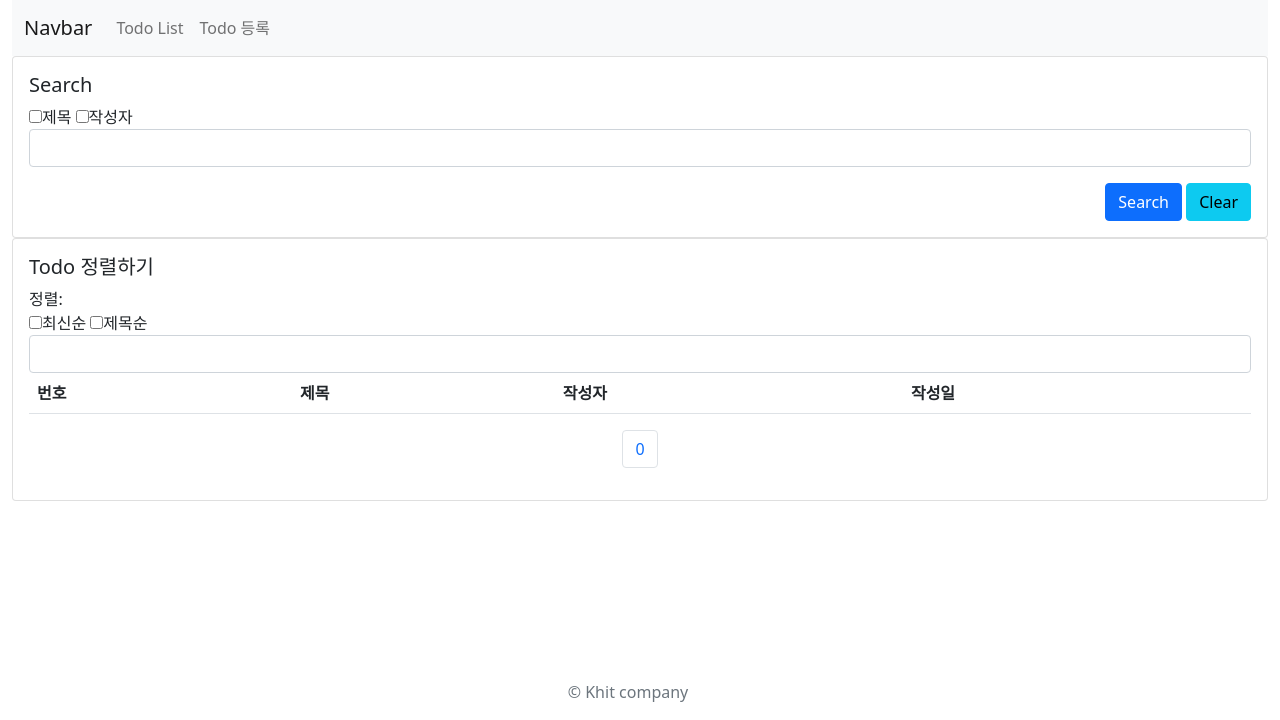
Repository: KyoungHwanJeong/springworks
Page: http://localhost/todoweb/WEB-INF/views/todo/list_sort.jsp
The author's editor kept a copy of each file at every save. The page is drawn from the files as they stood at one save, then again after the next save.
The browser window is 1280 px wide. The pictures show the whole page.
The page is served by Tomcat 9. Nobody is signed in. Other server files are loaded and not shown. The template is opened directly, without the code that normally fills it, so the values that code supplies are empty.

Above is the page before, as saved 2024-01-10 03:14:26.

### todoweb/src/main/webapp/WEB-INF/views/todo/list_sort.jsp
<%@ page language="java" contentType="text/html; charset=UTF-8"
    pageEncoding="UTF-8"%>
<%@ taglib uri="http://java.sun.com/jsp/jstl/core" prefix="c" %>
<%@ taglib uri="http://java.sun.com/jsp/jstl/fmt" prefix="fmt" %>

<!DOCTYPE html>
<html>
<head>
<meta charset="UTF-8">
<title>Todo 정렬하기</title>
</head>
<body>
	<div class="container-fluid">
		<jsp:include page="../layout/header.jsp" />
		<!-- 검색 영역 -->
		<div class="row content">
			<div class="col">
				<div class="card">
					<div class="card-body">
						<h5 class="card-title">Search</h5>
						<form action="/todo/paging" method="get">
							<div class="mb-3">
								<input type="checkbox" name="types" value="t">제목
								<input type="checkbox" name="types" value="w">작성자
								<input type="text" name="keyword" class="form-control">
							</div>
							<div class="mb-3">
								<div class="float-end">
									<button type="submit" class="btn btn-primary">Search</button>
									<button type="reset" class="btn btn-info">Clear</button>
								</div>
							</div>
						</form>
					</div>
				</div>
			</div>
		</div>

		<!-- 본문 영역 -->
		<div class="row content">
			<div class="col">
				<div class="card">
					<div class="card-body">
						<h5 class="card-title">Todo 정렬하기</h5>
							<form action="/todo/list_sort" method="get" class="list_sort">
								<div>
								<label>정렬: </label>
								<div>
								<input type="checkbox" name="sorts" value="recent">최신순
								<input type="checkbox" name="sorts" value="popular">제목순
								<input type="text" name="keyword2" class="form-control">
								</div>

								<!-- <select type="name" name="sort" class="sort">
									<option type="name" value="recent">최신순</option>
									<option type="name" value="popular">제목순</option>
								</select>
								<input type="submit" value="정렬하기"> -->
								</div>
							</form>
						<table class="table">
							<thead>
								<tr>
									<th>번호</th><th>제목</th><th>작성자</th><th>작성일</th>
								</tr>
							</thead>
							<tbody>
								<c:forEach items="${responseDTO.dtoList}" var="todo">
								<tr>
									<td>${todo.tno}</td>
									<td><a href="/todo?tno=${todo.tno}&page=${responseDTO.page}">${todo.title}</a></td>
									<td>${todo.writer}</td>
									<td><fmt:formatDate value="${todo.createdDate}" pattern="yyyy년  MM월 dd일 HH:mm:ss" /></td>
								</tr>
								</c:forEach>
							</tbody>

						</table>

						<!-- 페이징 처리 -->
						<div class ="d-flex justify-content-center">
							<ul class="pagination flex-wrap">
								<!-- 이전 페이지 -->
								<c:if test="${responseDTO.prev}">
									<li class="page-item">
										<a class="page-link" href="/todo/paging?page=${responseDTO.startPage-1}">Previous</a>
									</li>
								</c:if>

								<!-- 페이지 번호 -->
								<c:forEach var="num" begin="${responseDTO.startPage}" end="${responseDTO.endPage}">
									<li class="page-item ${responseDTO.page eq num ? 'active' : '' }" >
										<a href="/todo/paging?page=${num}" class="page-link">${num}</a>
									</li>
								</c:forEach>

								<!-- 다음 페이지 -->
								<c:if test="${responseDTO.next}">
									<li class="page-item">
										<a class="page-link" href="/todo/paging?page=${responseDTO.endPage+1}">Next</a>
									</li>
								</c:if>
							</ul>
						</div><!-- 페이징 처리 -->
					</div>
				</div>
			</div>
		</div>	<!-- 본문 영역 닫기 -->
		<jsp:include page="../layout/footer.jsp"></jsp:include>
	</div>
</body>
</html>

### todoweb/src/main/webapp/WEB-INF/views/layout/header.jsp
<%@ page language="java" contentType="text/html; charset=UTF-8"
    pageEncoding="UTF-8"%>
<%@ taglib uri="http://java.sun.com/jsp/jstl/core" prefix="c" %>
<link href="https://cdn.jsdelivr.net/npm/bootstrap@5.1.3/dist/css/bootstrap.min.css" rel="stylesheet" integrity="sha384-1BmE4kWBq78iYhFldvKuhfTAU6auU8tT94WrHftjDbrCEXSU1oBoqyl2QvZ6jIW3" crossorigin="anonymous">
<script src="https://cdn.jsdelivr.net/npm/bootstrap@5.1.3/dist/js/bootstrap.bundle.min.js" integrity="sha384-ka7Sk0Gln4gmtz2MlQnikT1wXgYsOg+OMhuP+IlRH9sENBO0LRn5q+8nbTov4+1p" crossorigin="anonymous"></script>
<header>
<nav class="navbar navbar-expand-lg navbar-light bg-light">
  <div class="container-fluid">
    <a class="navbar-brand" href="/">Navbar</a>
    <button class="navbar-toggler" type="button" data-bs-toggle="collapse" data-bs-target="#navbarSupportedContent" aria-controls="navbarSupportedContent" aria-expanded="false" aria-label="Toggle navigation">
      <span class="navbar-toggler-icon"></span>
    </button>
    <div class="collapse navbar-collapse" id="navbarSupportedContent">
      <ul class="navbar-nav me-auto mb-2 mb-lg-0">
        <li class="nav-item">
          <a class="nav-link" href="/todo/paging">Todo List</a>
        </li>
        <li class="nav-item">
          <a class="nav-link" href="/todo/register">Todo 등록</a>
        </li>
      </ul>
    </div>
  </div>
</nav>

</header>

### todoweb/src/main/webapp/WEB-INF/views/layout/footer.jsp
<%@ page language="java" contentType="text/html; charset=UTF-8"
    pageEncoding="UTF-8"%>
<div class="row footer">
	<div class="row fixed-bottom">
		<footer>
			<p class="text-center text-muted">&copy; Khit company</p>
		</footer>
	</div>
</div>

After the next save:
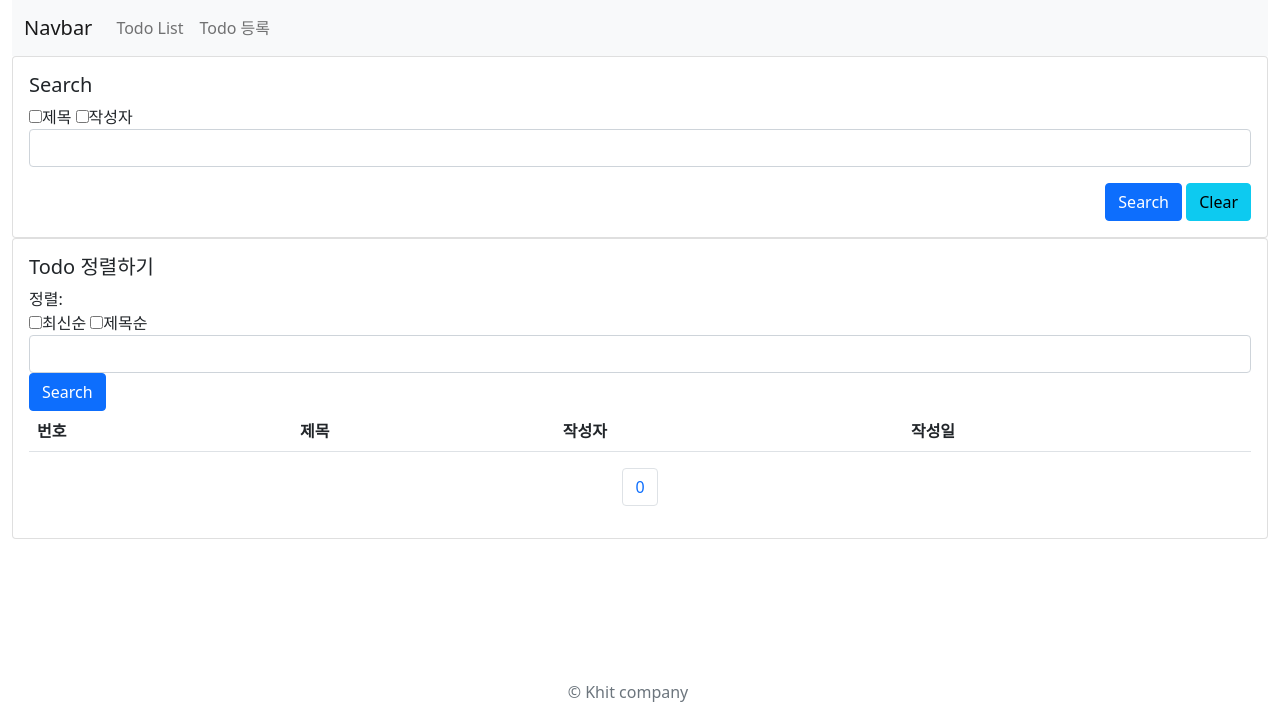
Saved 6 min 40 s later.
--- a/todoweb/src/main/webapp/WEB-INF/views/todo/list_sort.jsp
+++ b/todoweb/src/main/webapp/WEB-INF/views/todo/list_sort.jsp
@@ -49,6 +49,10 @@
 								<input type="checkbox" name="sorts" value="recent">최신순
 								<input type="checkbox" name="sorts" value="popular">제목순
 								<input type="text" name="keyword2" class="form-control">
+								</div>
+								<div>
+									<button type="submit" class="btn btn-primary">Search</button>
+
 								</div>
 
 								<!-- <select type="name" name="sort" class="sort">
